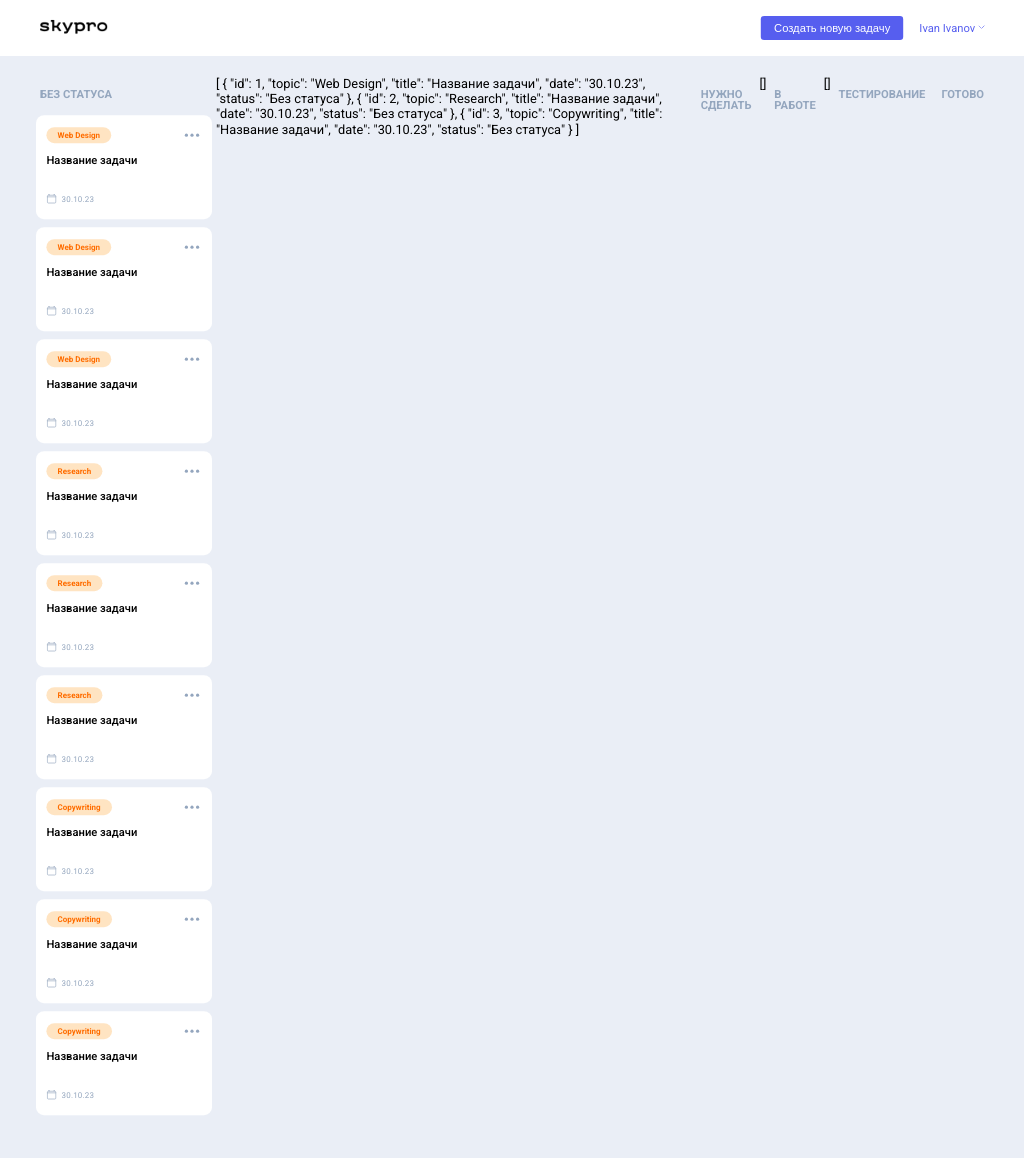
Repository: Olchik-resh/skypro-kanban
Page: /
An editor plug-in stored every save of this project. The page is shown before and after a run of saves, followed by the edit.
The browser window is 1280 px wide. The pictures show the whole page, at 80% of full size.
The project was rebuilt for these pictures with package versions that can differ from the ones it lists, and the page was loaded fresh each time. Also part of the build but not shown: vite.config.js.

Above is the page before, as saved 2025-07-27 14:20:32.

### index.html
<!doctype html>
<html lang="">
  <head>
    <meta charset="UTF-8" />
    <link rel="icon" href="/public/favicon.ico" />
    <meta name="viewport" content="width=device-width, initial-scale=1.0" />
    <link rel="preconnect" href="https://fonts.googleapis.com" />
    <link rel="preconnect" href="https://fonts.gstatic.com" crossorigin />
    <link
      href="https://fonts.googleapis.com/css2?family=Roboto+Flex:opsz,wght@8..144,200;8..144,300;8..144,400;8..144,700;8..144,800;8..144,900&family=Roboto:wght@400;500;700&display=swap"
      rel="stylesheet"
    />
    <title>Skypro</title>
  </head>
  <body>
    <div id="app"></div>
    <script type="module" src="/src/main.js"></script>
  </body>
</html>

### src/components/BaseHeader.vue
<template>
  <header class="header">
    <div class="container">
      <div class="header__block">
        <div class="header__logo _show _light">
          <a href="" target="_self"><img src="/src/assets/images/logo.png" alt="logo" /></a>
        </div>
        <div class="header__logo _dark">
          <a href="" target="_self"><img src="/src/assets/images/logo_dark.png" alt="logo" /></a>
        </div>
        <nav class="header__nav">
          <button class="header__btn-main-new _hover01" id="btnMainNew">
            <a href="#popNewCard">Создать новую задачу</a>
          </button>
          <UserModal />
        </nav>
      </div>
    </div>
  </header>
</template>

<script setup>
import UserModal from './UserModal.vue'
</script>

<style lang="scss" scoped></style>

### src/components/ExitModal.vue
<template>
  <div class="pop-exit__container">
    <div class="pop-exit__block">
      <div class="pop-exit__ttl">
        <h2>Выйти из аккаунта?</h2>
      </div>
      <form class="pop-exit__form" id="formExit" action="#">
        <div class="pop-exit__form-group">
          <button class="pop-exit__exit-yes _hover01" id="exitYes">
            <a href="modal/signin.html">Да, выйти</a>
          </button>
          <button class="pop-exit__exit-no _hover03" id="exitNo">
            <a href="main.html">Нет, остаться</a>
          </button>
        </div>
      </form>
    </div>
  </div>
</template>

<script setup></script>

<style lang="scss" scoped></style>

### src/components/NewCardModal.vue
<template>
  <div class="pop-new-card__container">
    <div class="pop-new-card__block">
      <div class="pop-new-card__content">
        <h3 class="pop-new-card__ttl">Создание задачи</h3>
        <a href="#" class="pop-new-card__close">&#10006;</a>
        <div class="pop-new-card__wrap">
          <form class="pop-new-card__form form-new" id="formNewCard" action="#">
            <div class="form-new__block">
              <label for="formTitle" class="subttl">Название задачи</label>
              <input
                class="form-new__input"
                type="text"
                name="name"
                id="formTitle"
                placeholder="Введите название задачи..."
                autofocus
              />
            </div>
            <div class="form-new__block">
              <label for="textArea" class="subttl">Описание задачи</label>
              <textarea
                class="form-new__area"
                name="text"
                id="textArea"
                placeholder="Введите описание задачи..."
              ></textarea>
            </div>
          </form>
          <div class="pop-new-card__calendar calendar">
            <p class="calendar__ttl subttl">Даты</p>
            <div class="calendar__block">
              <div class="calendar__nav">
                <div class="calendar__month">Сентябрь 2023</div>
                <div class="nav__actions">
                  <div class="nav__action" data-action="prev">
                    <svg
                      xmlns="http://www.w3.org/2000/svg"
                      width="6"
                      height="11"
                      viewBox="0 0 6 11"
                    >
                      <path
                        d="M5.72945 1.95273C6.09018 1.62041 6.09018 1.0833 5.72945 0.750969C5.36622 0.416344 4.7754 0.416344 4.41218 0.750969L0.528487 4.32883C-0.176162 4.97799 -0.176162 6.02201 0.528487 6.67117L4.41217 10.249C4.7754 10.5837 5.36622 10.5837 5.72945 10.249C6.09018 9.9167 6.09018 9.37959 5.72945 9.04727L1.87897 5.5L5.72945 1.95273Z"
                      />
                    </svg>
                  </div>
                  <div class="nav__action" data-action="next">
                    <svg
                      xmlns="http://www.w3.org/2000/svg"
                      width="6"
                      height="11"
                      viewBox="0 0 6 11"
                    >
                      <path
                        d="M0.27055 9.04727C-0.0901833 9.37959 -0.0901832 9.9167 0.27055 10.249C0.633779 10.5837 1.2246 10.5837 1.58783 10.249L5.47151 6.67117C6.17616 6.02201 6.17616 4.97799 5.47151 4.32883L1.58782 0.75097C1.2246 0.416344 0.633778 0.416344 0.270549 0.75097C-0.0901831 1.0833 -0.090184 1.62041 0.270549 1.95273L4.12103 5.5L0.27055 9.04727Z"
                      />
                    </svg>
                  </div>
                </div>
              </div>
              <div class="calendar__content">
                <div class="calendar__days-names">
                  <div class="calendar__day-name">пн</div>
                  <div class="calendar__day-name">вт</div>
                  <div class="calendar__day-name">ср</div>
                  <div class="calendar__day-name">чт</div>
                  <div class="calendar__day-name">пт</div>
                  <div class="calendar__day-name -weekend-">сб</div>
                  <div class="calendar__day-name -weekend-">вс</div>
                </div>
                <div class="calendar__cells">
                  <div class="calendar__cell _other-month">28</div>
                  <div class="calendar__cell _other-month">29</div>
                  <div class="calendar__cell _other-month">30</div>
                  <div class="calendar__cell _cell-day">31</div>
                  <div class="calendar__cell _cell-day">1</div>
                  <div class="calendar__cell _cell-day _weekend">2</div>
                  <div class="calendar__cell _cell-day _weekend">3</div>
                  <div class="calendar__cell _cell-day">4</div>
                  <div class="calendar__cell _cell-day">5</div>
                  <div class="calendar__cell _cell-day">6</div>
                  <div class="calendar__cell _cell-day">7</div>
                  <div class="calendar__cell _cell-day _current">8</div>
                  <div class="calendar__cell _cell-day _weekend">9</div>
                  <div class="calendar__cell _cell-day _weekend">10</div>
                  <div class="calendar__cell _cell-day">11</div>
                  <div class="calendar__cell _cell-day">12</div>
                  <div class="calendar__cell _cell-day">13</div>
                  <div class="calendar__cell _cell-day">14</div>
                  <div class="calendar__cell _cell-day">15</div>
                  <div class="calendar__cell _cell-day _weekend">16</div>
                  <div class="calendar__cell _cell-day _weekend">17</div>
                  <div class="calendar__cell _cell-day">18</div>
                  <div class="calendar__cell _cell-day">19</div>
                  <div class="calendar__cell _cell-day">20</div>
                  <div class="calendar__cell _cell-day">21</div>
                  <div class="calendar__cell _cell-day">22</div>
                  <div class="calendar__cell _cell-day _weekend">23</div>
                  <div class="calendar__cell _cell-day _weekend">24</div>
                  <div class="calendar__cell _cell-day">25</div>
                  <div class="calendar__cell _cell-day">26</div>
                  <div class="calendar__cell _cell-day">27</div>
                  <div class="calendar__cell _cell-day">28</div>
                  <div class="calendar__cell _cell-day">29</div>
                  <div class="calendar__cell _cell-day _weekend">30</div>
                  <div class="calendar__cell _other-month _weekend">1</div>
                </div>
              </div>

              <input type="hidden" id="datepick_value" value="08.09.2023" />
              <div class="calendar__period">
                <p class="calendar__p date-end">
                  Выберите срок исполнения <span class="date-control"></span>.
                </p>
              </div>
            </div>
          </div>
        </div>
        <div class="pop-new-card__categories categories">
          <p class="categories__p subttl">Категория</p>
          <div class="categories__themes">
            <div class="categories__theme _orange _active-category">
              <p class="_orange">Web Design</p>
            </div>
            <div class="categories__theme _green">
              <p class="_green">Research</p>
            </div>
            <div class="categories__theme _purple">
              <p class="_purple">Copywriting</p>
            </div>
          </div>
        </div>
        <button class="form-new__create _hover01" id="btnCreate">Создать задачу</button>
      </div>
    </div>
  </div>
</template>

<script setup></script>

<style lang="scss" scoped></style>

### src/components/TaskDesk.vue
<template>
  <main class="main">
    <div class="container">
      <div class="main__block">
        <div class="main__content">
          <TaskColumn :tasks="noStatusTask" title="Без статуса" />
          {{ noStatusTask }}
          <TaskColumn :tasks="doStatusTask" title="Нужно сделать" />
          {{ doStatusTask }}
          <TaskColumn :tasks="workStatusTask" title="В работе" />
          {{ workStatusTask }}
          <TaskColumn :tasks="testStatusTask" title="Тестирование" />
          <TaskColumn :tasks="readyStatusTask" title="Готово" />
        </div>
      </div>
    </div>
  </main>
</template>

<script setup>
import { computed, onMounted, ref } from 'vue'
import TaskColumn from './TaskColumn.vue'
import { getTasks } from './mokcs/tasks.js'
const tasks = ref([])
const noStatusTask = computed(() => {
  return tasks.value.filter((el) => {
    return el.status === 'Без статуса'
  })
})
const doStatusTask = computed(() => {
  return tasks.value.filter((el) => {
    return el.status === 'Нужно сделать'
  })
})
const workStatusTask = computed(() => {
  return tasks.value.filter((el) => {
    return el.status === 'В работе'
  })
})
const testStatusTask = computed(() => {
  return tasks.value.filter((el) => {
    return el.status === 'Тестирование'
  })
})
const readyStatusTask = computed(() => {
  return tasks.value.filter((el) => {
    return el.status === 'Готово'
  })
})
onMounted(() => {
  tasks.value = getTasks()
})
</script>

<style lang="scss" scoped></style>

### src/components/UserModal.vue
<template>
  <a
    href="#user-set-target"
    class="header__user _hover02"
    @click="isUserModalVisible = !isUserModalVisible"
    >Ivan Ivanov</a
  >
  <div class="header__pop-user-set pop-user-set" id="user-set-target" v-if="!isUserModalVisible">
    <p class="pop-user-set__name">Ivan Ivanov</p>
    <p class="pop-user-set__mail">ivan.ivanov@gmail.com</p>
    <div class="pop-user-set__theme">
      <p>Темная тема</p>
      <input type="checkbox" class="checkbox" name="checkbox" />
    </div>
    <button type="button" class="_hover03"><a href="#popExit">Выйти</a></button>
  </div>
</template>

<script setup>
import { ref } from 'vue'
const isUserModalVisible = ref(true)
</script>

<style lang="scss" scoped></style>

### src/components/TaskColumn.vue
<template>
  <div class="main__column column">
    <div class="column__title">
      <p>{{ title }}</p>
    </div>
    <TaskCard
      v-for="task in tasks"
      :key="task.id"
      :title="task.title"
      :status="task.status"
      :topic="task.topic"
      :date="task.date"
    />
  </div>
</template>

<script setup>
import TaskCard from './TaskCard.vue'

defineProps({
  tasks: { type: Array, require: true },
  title: { type: String, require: true },
})
</script>

<style lang="scss" scoped></style>

### src/components/TaskCard.vue
<template>
  <div class="cards" v-for="task in tasks" :key="task.id">
    <div class="cards__item">
      <div class="cards__card card">
        <div class="card__group">
          <div class="card__theme _orange">
            <p class="_orange">{{ topic }}</p>
          </div>
          <a href="#popBrowse" target="_self">
            <div class="card__btn">
              <div></div>
              <div></div>
              <div></div>
            </div>
          </a>
        </div>
        <div class="card__content">
          <a href="" target="_blank">
            <h3 class="card__title">{{ title }}</h3>
          </a>
          <div class="card__date">
            <svg
              xmlns="http://www.w3.org/2000/svg"
              width="13"
              height="13"
              viewBox="0 0 13 13"
              fill="none"
            >
              <g clip-path="url(#clip0_1_415)">
                <path
                  d="M10.5625 2.03125H2.4375C1.7644 2.03125 1.21875 2.5769 1.21875 3.25V10.5625C1.21875 11.2356 1.7644 11.7812 2.4375 11.7812H10.5625C11.2356 11.7812 11.7812 11.2356 11.7812 10.5625V3.25C11.7812 2.5769 11.2356 2.03125 10.5625 2.03125Z"
                  stroke="#94A6BE"
                  stroke-width="0.8"
                  stroke-linejoin="round"
                />
                <path
                  d="M11.7812 4.0625H1.21875M3.25 1.21875V2.03125V1.21875ZM9.75 1.21875V2.03125V1.21875Z"
                  stroke="#94A6BE"
                  stroke-width="0.8"
                  stroke-linecap="round"
                  stroke-linejoin="round"
                />
              </g>
              <defs>
                <clipPath id="clip0_1_415">
                  <rect width="13" height="13" fill="white" />
                </clipPath>
              </defs>
            </svg>
            <p>{{ date }}</p>
          </div>
        </div>
      </div>
    </div>
  </div>
</template>

<script setup>
import { getTasks } from './mokcs/tasks.js'
import { onMounted, ref } from 'vue'
const tasks = ref([])
onMounted(() => {
  tasks.value = getTasks()
})
defineProps({
  topic: String,
  title: String,
  date: String,
  status: String,
})
</script>

<style lang="scss" scoped></style>

Loaded but not shown: src/App.vue (common file); src/router/index.js (common file); src/components/mokcs/tasks.js (15 lines, source omitted); src/main.js (8 lines, source omitted); src/assets/css/main.css (1107 lines, source omitted); src/views/HomeView.vue (200 lines, source omitted)

After the next 3 saves:
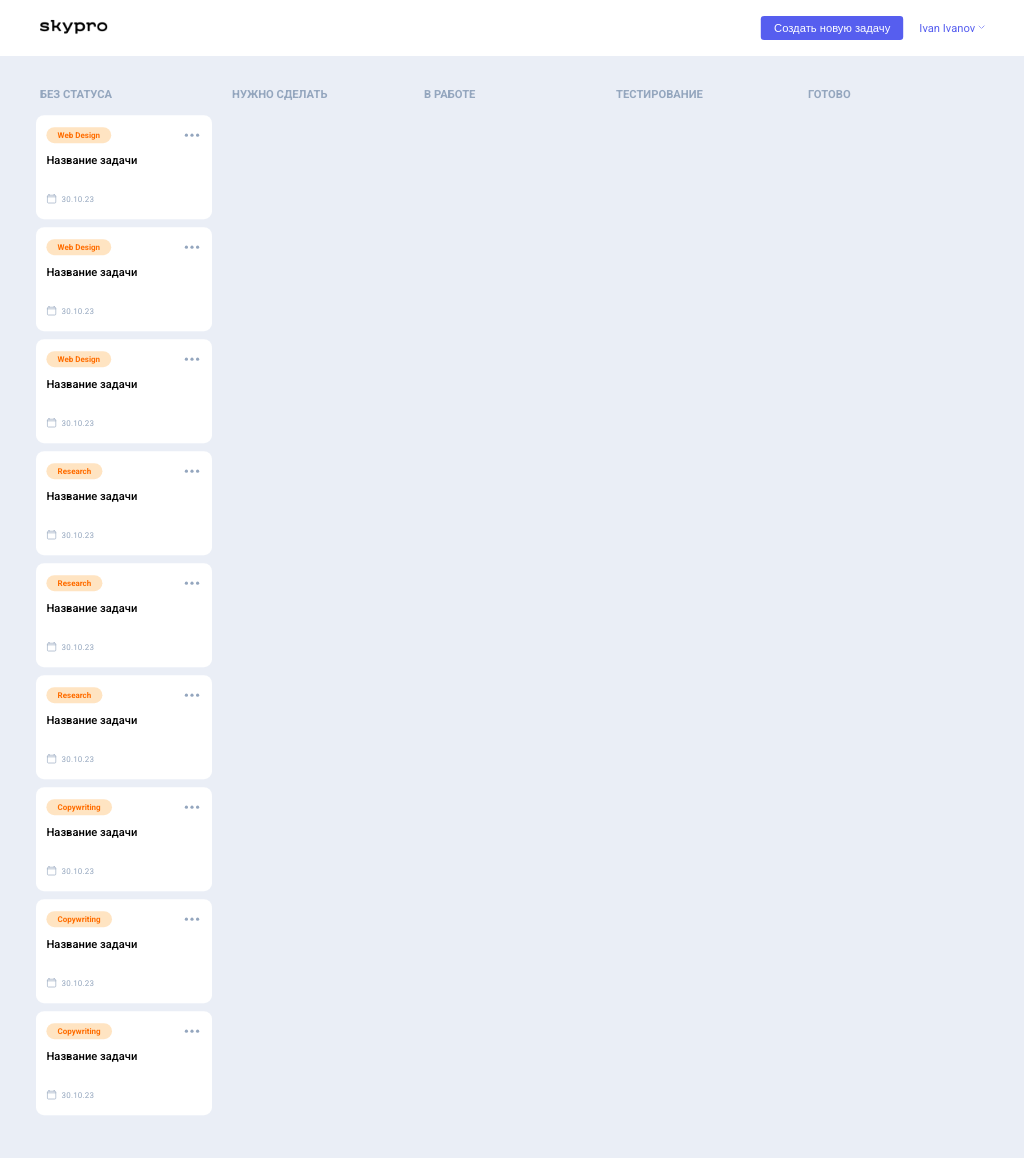
The 3 saves are shown as one change because they came seconds apart.
The last was saved 82 s later.
--- a/src/components/TaskDesk.vue
+++ b/src/components/TaskDesk.vue
@@ -4,11 +4,11 @@
       <div class="main__block">
         <div class="main__content">
           <TaskColumn :tasks="noStatusTask" title="Без статуса" />
-          {{ noStatusTask }}
+
           <TaskColumn :tasks="doStatusTask" title="Нужно сделать" />
-          {{ doStatusTask }}
+
           <TaskColumn :tasks="workStatusTask" title="В работе" />
-          {{ workStatusTask }}
+
           <TaskColumn :tasks="testStatusTask" title="Тестирование" />
           <TaskColumn :tasks="readyStatusTask" title="Готово" />
         </div>
